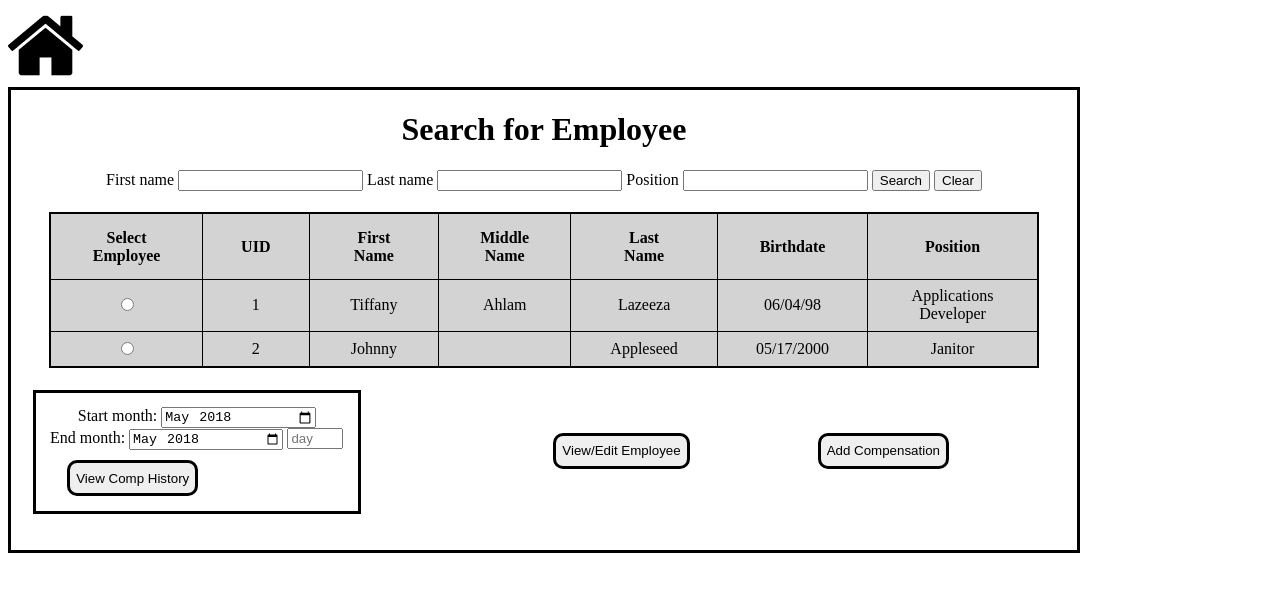
Repository: ticross18/SpringBootEmployeeSystem
Page: EmploymentSystem/src/main/resources/static/searchEmp.html
The author's editor kept a copy of each file at every save. The page is drawn from the files as they stood at one save, then again after the next save.
The browser window is 1280 px wide. The pictures show the whole page.

Above is the page before, as saved 2022-05-17 18:17:39.

### EmploymentSystem/src/main/resources/static/searchEmp.html
<!DOCTYPE html>
<html>
<head>
	<title>Search for Employee</title>
	<meta charset="UTF-8">
	<meta name="viewport" content="width=device-width, initial-scale=1.0">
	<link href="css/screens.css" rel="stylesheet" type="text/css">
</head>
<body>

<a href="/"><img src="images/homeIcon2.png" id="homeButton" alt="home button"></a>

<div id="SearchEmpBox" >
	<h1 id="title">Search for Employee</h1>

	<form>
		<label for="fname">First name </label>
		<input type="text" id="fname" name="fname">
		<label for="lname">Last name  </label>
		<input type="text" id="lname" name="lname">
		<label for="position">Position</label>
		<input type="text" id="position" name="position">
		<button type="button" name ="search">Search</button>
		<button type="clear" name ="clear">Clear</button>
	</form>

	<table border=1  rules=rows id="results" >
		<tr>
			<th>Select Employee</th>
			<th>UID</th>
			<th>First Name</th>
			<th>Middle Name</th>
			<th>Last Name</th>
			<th>Birthdate</th>
			<th>Position</th>
		</tr>
		 <tr class="entries">
			<td><input type="radio" name="edit" class="editEmp"/></td>
			<td>1</td>
			<td>Tiffany</td>
			<td>Ahlam</td>
			<td>Lazeeza</td>
			<td>06/04/98</td>
			<td>Applications Developer</td>
		</tr>
		 <tr class="entries">
			<td><input type="radio" name="edit" class="editEmp"/></td>
			<td>2</td>
			<td>Johnny</td>
			<td></td>
			<td>Appleseed</td>
			<td>05/17/2000</td>
			<td>Janitor</td>
		</tr>

	</table>

     <button type="button" class="optionButtons" onclick="location.href = '#';" style="float:right; margin-top:6vh;" id="addEmp" > Add Compensation </button>

     <button type="button" class="optionButtons" onclick="location.href = '#';" style="float:right; margin-top:6vh;" id="viewEditEmp"> View/Edit Employee </button>

	<div id="dateRange">
		<label for="start">Start month:</label>
		<input type="month" id="start" name="start"
     		  min="2018-03" value="2018-05">    <br>

		<label for="start">End month:</label>
		<input type="month" id="end" name="end"
     		  min="2018-03" value="2018-05">

	    </select>
	    <input type="number"min="1" max="31" placeholder="day"/>
	     <br><button type="button" class="optionButtons" onclick="location.href = '#';" id="compHistory" > View Comp History </button>

	</div>


</div>
</body>
</html>

### EmploymentSystem/src/main/resources/static/css/screens.css
.container {
   display: flex;

}

#homeButton{
	width:75px;
	height:75px;
	position: relative;
}

.asterisk{
	color: red;
}

#addEmpBox {
	padding-left: 40vw;
	border: 3px solid rgb(0, 0, 0);
	padding-bottom: 15px;
}

#addEmpBox input {
	margin-bottom: 15px;
	padding: 2px;
}

#SearchEmpBox {
	border: 3px solid rgb(0, 0, 0);
	padding-bottom: 15px;
	margin-right: 15vw;
	text-align: center;
}

#userInput {
	display:inline-table;
}

#results {
	border: 2px solid black;
	margin: 10px;
	background-color: lightgrey;
	border-collapse: collapse;
	margin:  3vh 3vw;
}

#results th {
	padding: 2vh 3vw;
	border-left: 1px solid #000;
    border-right: 1px solid #000;
}

#results td {
	padding: 1vh 3vw ;
	border-left: 1px solid #000;
    border-right: 1px solid #000;

}

#finalEdit{
	text-align: left;
	position: left;
}

button.optionButtons {
	border-radius: 10px;
	margin-top: 10px;
	margin-right: 10vw;
	height: 5vh;
	border: 3px solid rgb(0, 0, 0);
}

button.optionButtons:active {
  box-shadow: 0 5px #666;
  transform: translateY(4px);
}

button.optionButtons:hover {
  background-color: rgb(255, 255, 128);
  cursor: pointer;
}

#dateRange {
	border: 3px solid rgb(0, 0, 0);
	width:fit-content;
	margin: 3vh;
	padding: 2vh;
}



.monthDropDown {
	width:110px;
}


tr.entries:hover {
  background-color: white;
  cursor: pointer;
}

After the next save:
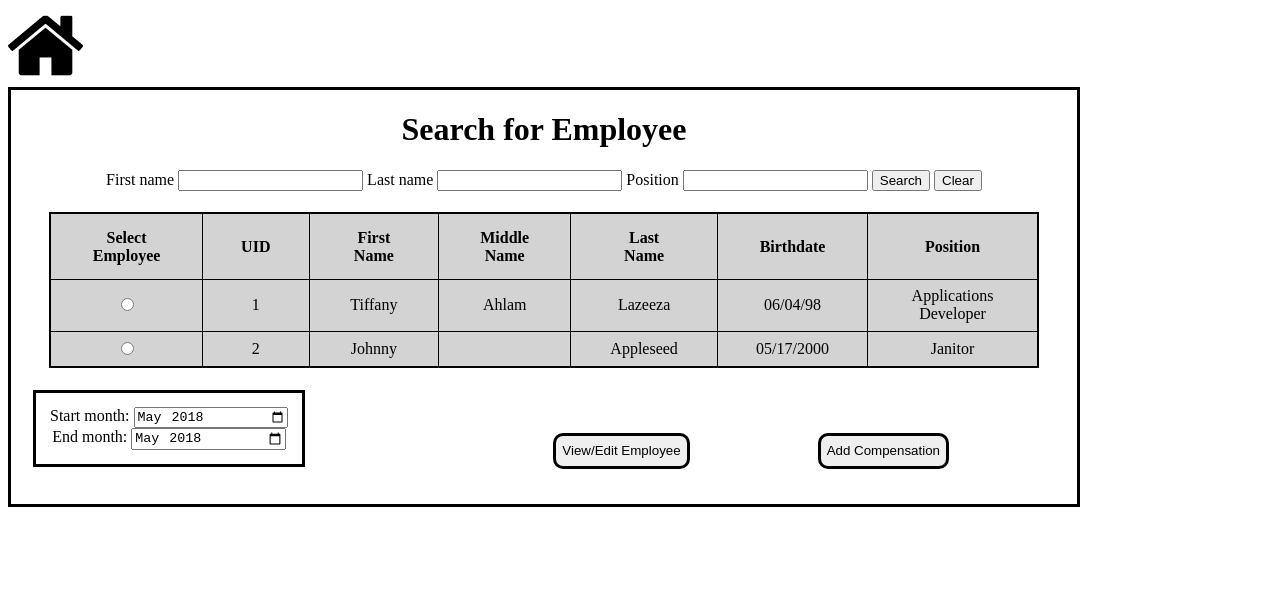
Saved 12 s later.
--- a/EmploymentSystem/src/main/resources/static/searchEmp.html
+++ b/EmploymentSystem/src/main/resources/static/searchEmp.html
@@ -67,11 +67,6 @@
 		<label for="start">End month:</label>
 		<input type="month" id="end" name="end"
      		  min="2018-03" value="2018-05">
-
-	    </select>
-	    <input type="number"min="1" max="31" placeholder="day"/>
-	     <br><button type="button" class="optionButtons" onclick="location.href = '#';" id="compHistory" > View Comp History </button>
-
 	</div>
 
 
